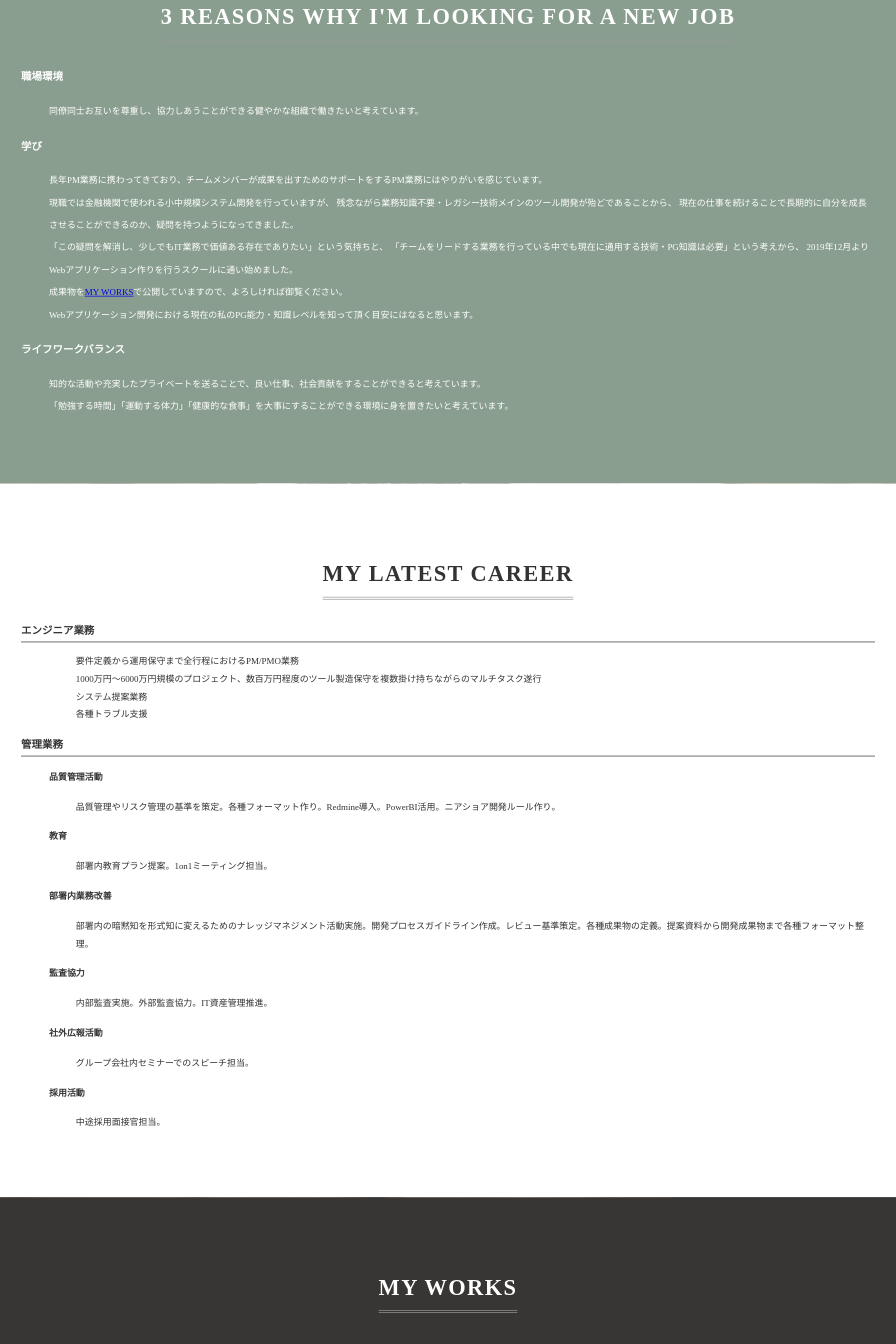
Repository: dackelteckel/myworks
Page: index.html
The author's editor kept a record of every edit. The page is drawn from the files as they stood at one moment, then again after the next edit.
The browser window is 1280 px wide. The pictures show the part of the page from y = 762 to 2682 px (the page is 3192 px tall before and 3160 px after), at 70% of full size.
Backgrounds fixed to the window are drawn as part of the page.

Above is the page before.

After the next edit:
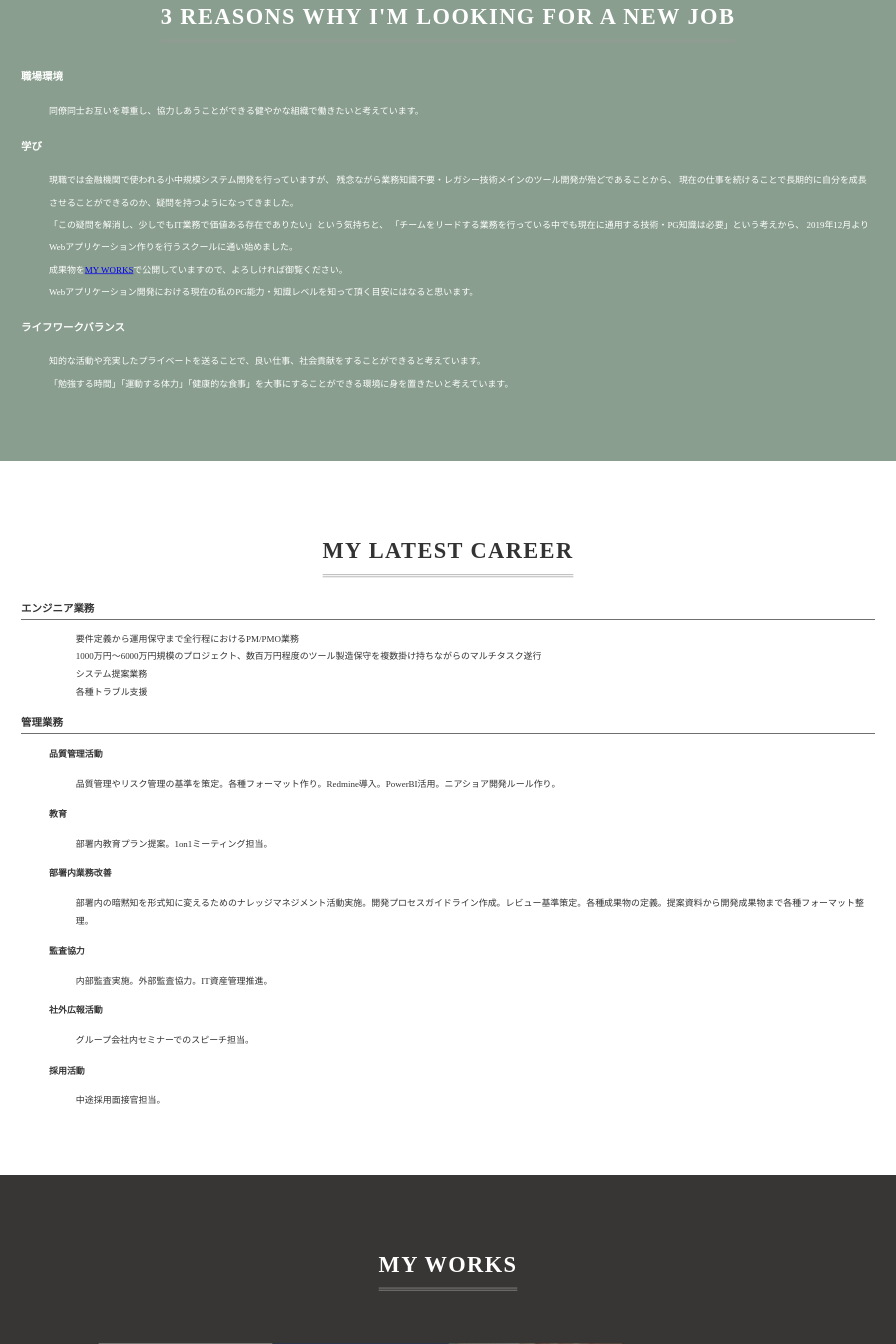
The edit:
--- a/index.html
+++ b/index.html
@@ -76,7 +76,7 @@
       <p></p>
       <ul>
         <li>
-          長年PM業務に携わってきており、チームメンバーが成果を出すためのサポートをするPM業務にはやりがいを感じています。
+
         </li>
         <li>
           現職では金融機関で使われる小中規模システム開発を行っていますが、
